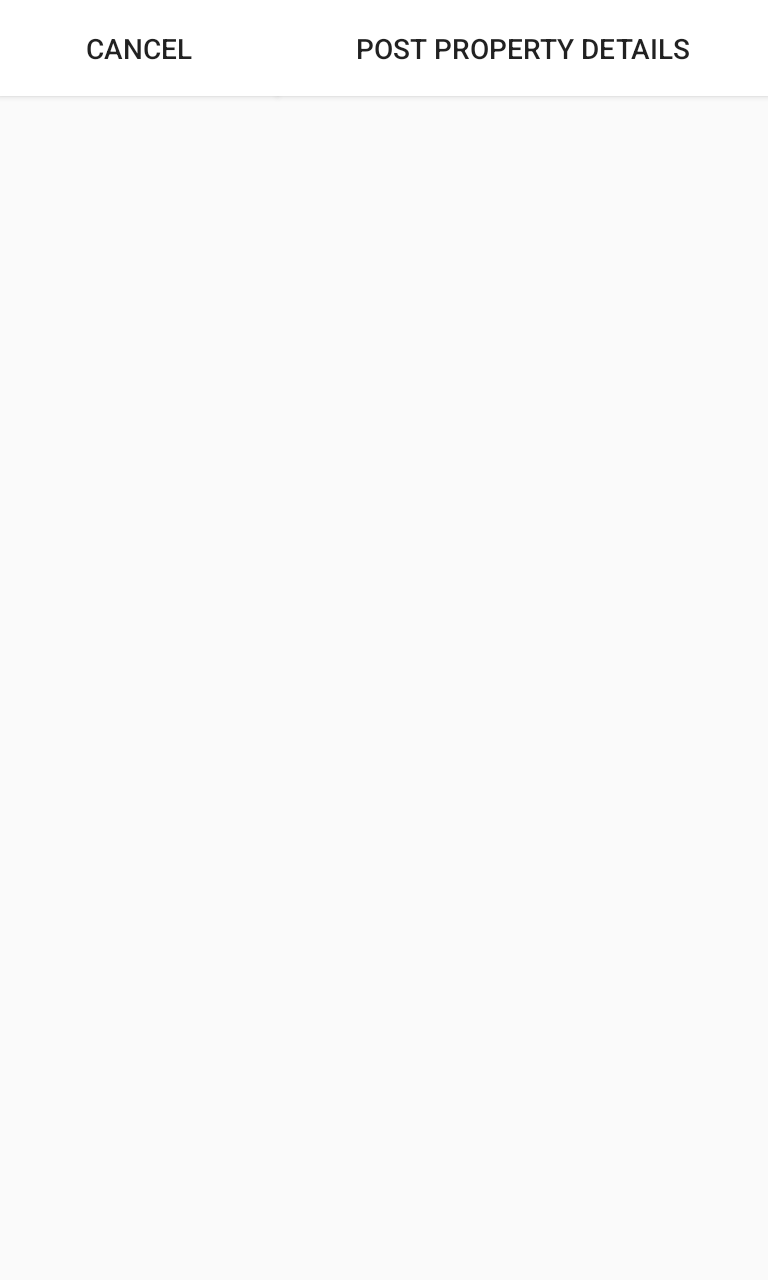
Repository: Warun26/PropertySearch
Layout: PropertySearch/res/layout/dialog.xml
These files come from the project's save history. The layout is drawn as it stood at one moment and after the next save; the edit follows.
It is drawn on a 768 x 1280 px phone screen (xhdpi) without system bars, with theme AppTheme; the app's code is not run.

Above is the layout before, as saved 2014-11-24 15:24:52.

After the next save:
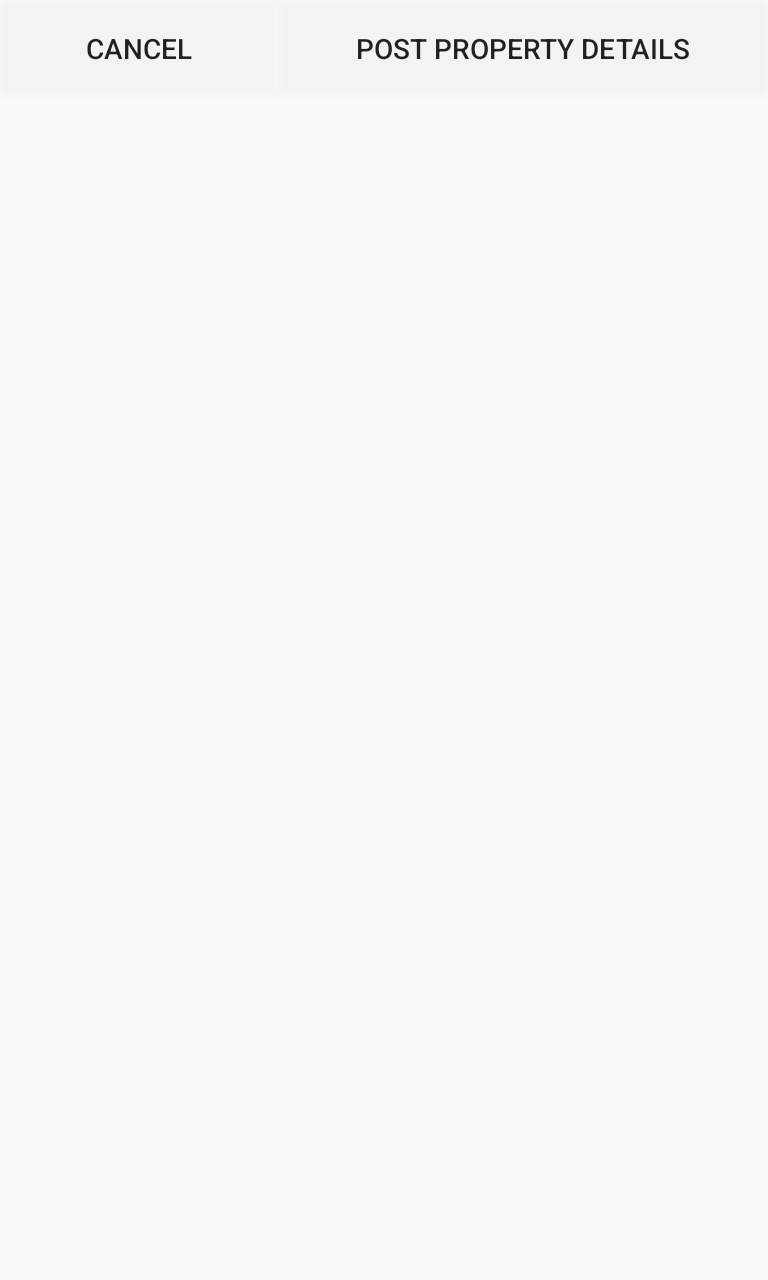
Saved 4 min 54 s later.
--- a/PropertySearch/res/layout/dialog.xml
+++ b/PropertySearch/res/layout/dialog.xml
@@ -9,13 +9,13 @@
 	         android:layout_width="wrap_content"
 	         android:layout_height="wrap_content"
 	         android:layout_weight="0.4"
-	         android:background="#fff"/>
+	         android:background="#33ffffff"/>
 	     <Button
 	         android:id="@+id/shareDialog"
 	         android:text="@string/post_property_details"
 	         android:layout_width="wrap_content"
 	         android:layout_height="wrap_content"
 	         android:layout_weight="0.6"
-	         android:background="#fff"/>
+	         android:background="#33ffffff"/>
 
 </LinearLayout>
